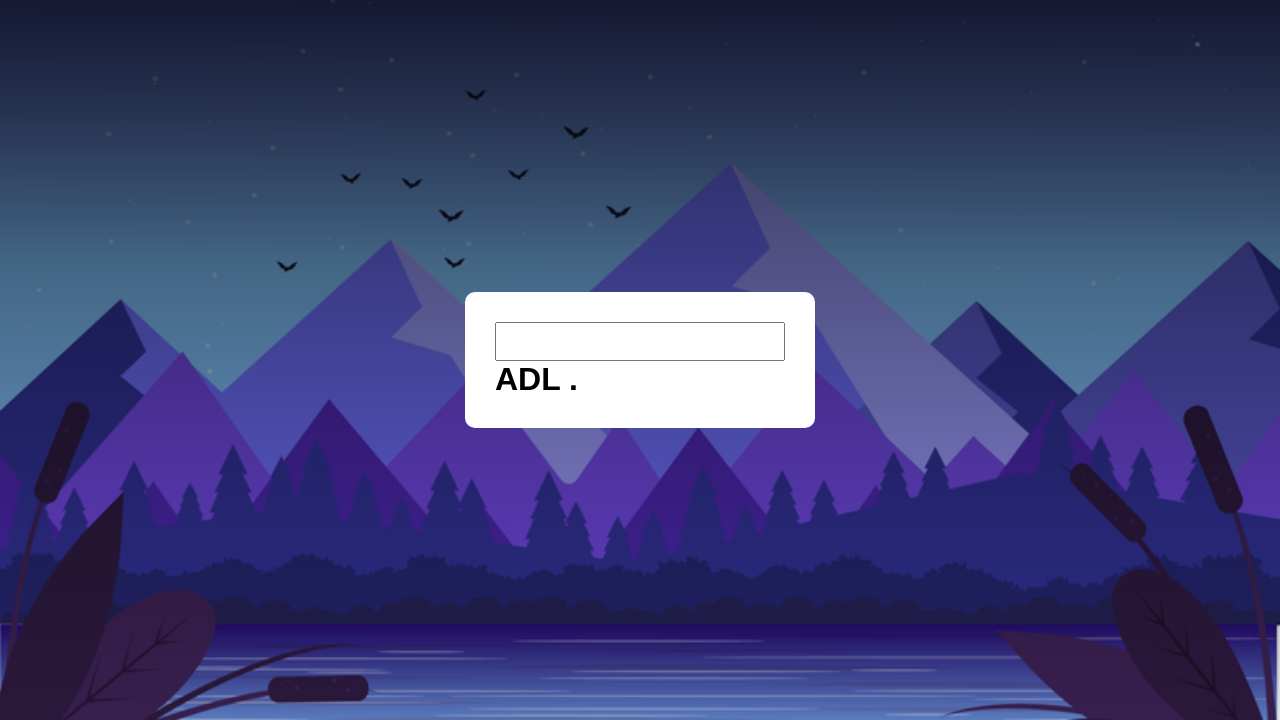
Repository: andrewhuynh561/weather-app-1
Page: index.html
The author's editor kept a copy of each file at every save. The page is drawn from the files as they stood at one save, then again after the next save.
The browser window is 1280 px wide. The pictures show the whole page.

Above is the page before, as saved 2022-12-08 20:47:01.

### index.html
<!DOCTYPE html>
<html lang="en">
<head>
    <meta charset="UTF-8">
    <meta http-equiv="X-UA-Compatible" content="IE=edge">
    <meta name="viewport" content="width=device-width, initial-scale=1.0">
    <title>Weather app</title>
    <link
     rel="stylesheet"
     href="https://cdnjs.cloudflare.com/ajax/libs/font-awesome/6.0.0-beta2/css/all.min.css"
     integrity="sha512-YWzhKL2whUzgiheMoBFwW8CKV4qpHQAEuvilg9FAn5VJUDwKZZxkJNuGM4XkWuk94WCrrwslk8yWNGmY1EduTA=="
     crossorigin="anonymous"
     referrerpolicy="no-referrer">
    <link rel="stylesheet" href="style.css">
</head>
<body>
    <div id="weather">
        <input type="text" class="search">
        <div class="content">
            <h1 class="capital">
                <span class="city">ADL</span>
                <span>.</span>
                <span class="country"></span>
            </h1>
        </div>
    </div>

</body>
</html>

### style.css
*{
    margin: 0;
    padding: 0;
    box-sizing: border-box;
}
body{
    font-family: sans-serif;
    height: 100vh;
    display: flex;
    justify-content: center;
    align-items: center;
    background: linear-gradient(to bottom, rgba(0,0,0,0.7),rgba(0,0,0,0.1)),url(./image/222.png)  no-repeat center/cover;
}

#weather{
    width: 350px;
    border-radius:10px ;
    padding: 30px 30px;
    background: white;
}

.search{
    width: 100%;
    padding: 10px 20px;
}

After the next save:
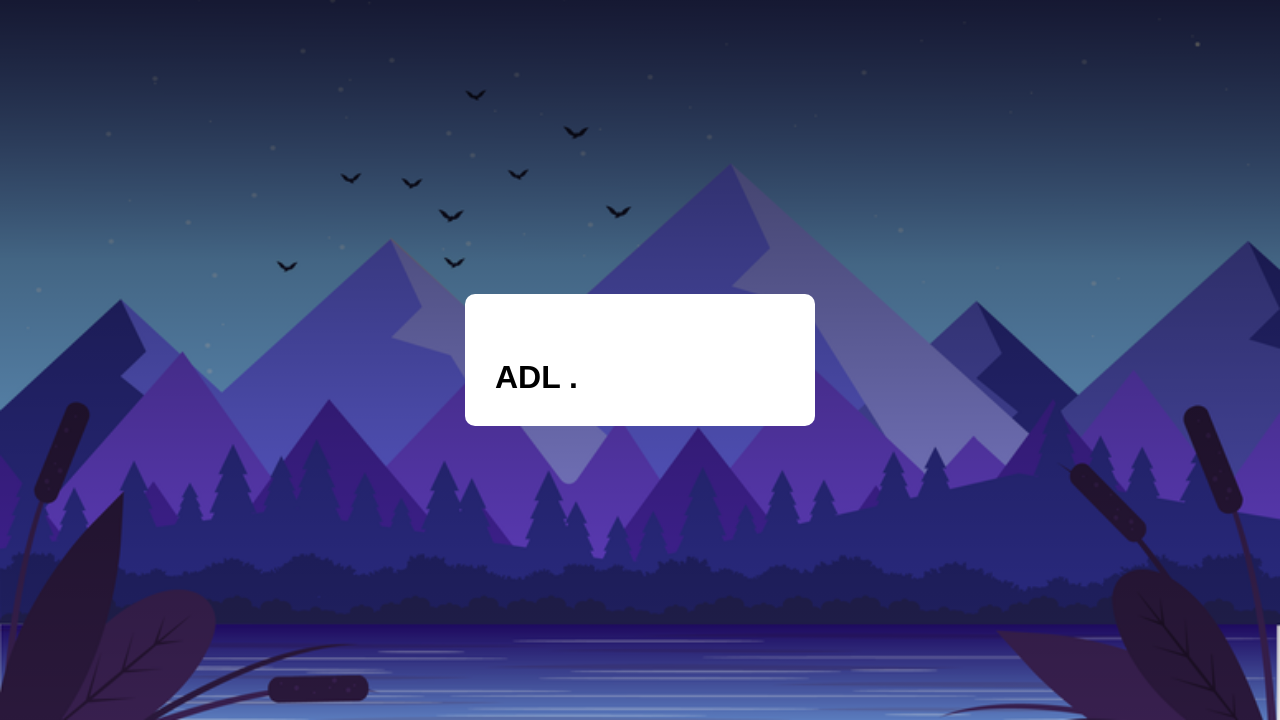
Saved 42 s later.
--- a/style.css
+++ b/style.css
@@ -22,4 +22,7 @@ body{
 .search{
     width: 100%;
     padding: 10px 20px;
+    border: none;
+    outline: none;
+    background: rgba(255,255,255,0.7);
 }
